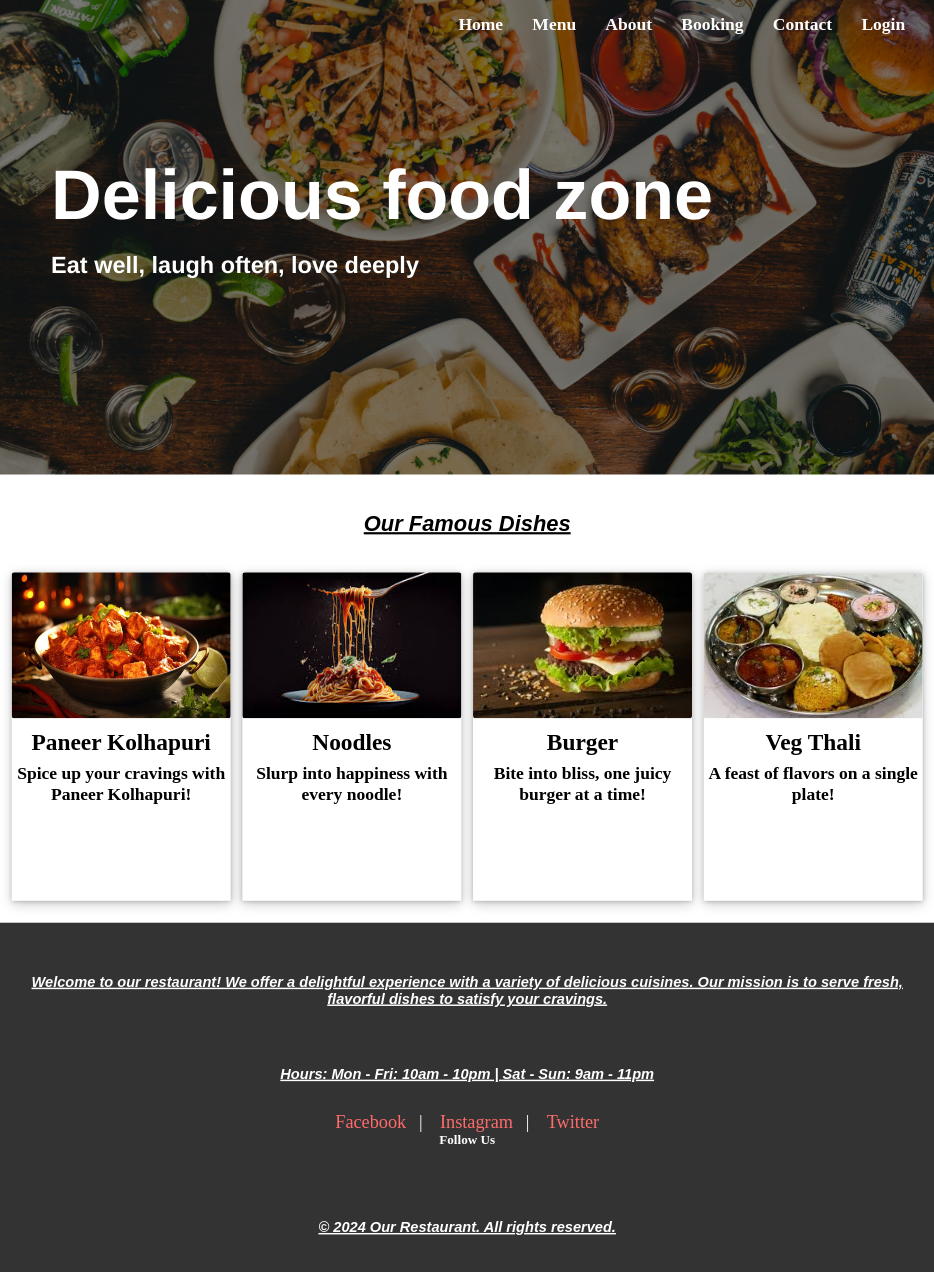
Repository: Shreya-Bonde/Restaurant-management-system
Page: index.html
An editor plug-in stored every save of this project. The page is shown before and after the next save, followed by the edit.
The browser window is 1280 px wide. The pictures show the whole page, at 73% of full size.

Above is the page before, as saved 2024-10-10 14:50:35.

### index.html
<!DOCTYPE html>
<html lang="en">
<head>
    <meta charset="UTF-8">
    <meta name="viewport" content="width=device-width, initial-scale=1.0">
    <title>Document</title>
    <link rel="stylesheet" href="style.css">
</head>
<body>
    <header>
        <div class="banner-container">
                <nav class="navbar">
                    <ul>
                        <li><a href="#home">Home</a></li>
                        <li><a href="#menu">Menu</a></li>
                        <li><a href="/about.html">About</a></li>
                        <li><a href="/booking.html">Booking</a></li>
                        <li><a href="/contact.html">Contact</a></li>
                        <li><a href="/login.html">Login</a></li>
                    </ul>
                </nav>
                <div class="centered-text">
                    <h1>Delicious food zone</h1>
                    <h6>Eat well, laugh often, love deeply</h6>
                </div>
         </div>
    </header>
        <p>Our Famous Dishes</p>
        <div class="Flex">
            <div class="flex-item fitem1">
                <img src="paneer kolhapuri.jpg" alt="">
                <h1>Paneer Kolhapuri</h1>
                <h2>Spice up your cravings with Paneer Kolhapuri!</h2>
            </div>
            <div class="flex-item fitem2">
                <img src="noodles1.jpg" alt="">
                <h1>Noodles</h1>
                <h2>Slurp into happiness with every noodle!</h2>
            </div>
            <div class="flex-item fitem3">
                <img src="burger.jpg" alt="">
                <h1>Burger</h1>
                <h2>Bite into bliss, one juicy burger at a time!</h2>
            </div>
            <div class="flex-item fitem4">
                <img src="veg thali.jpg" alt="">
                <h1>Veg Thali</h1>
                <h2>A feast of flavors on a single plate!</h2>
            </div>
        </div>

    <footer>
        <div>
            <div class="footer-section">
                <p>
                    Welcome to our restaurant! We offer a delightful experience with a variety of delicious cuisines.
                    Our mission is to serve fresh, flavorful dishes to satisfy your cravings.
                </p>
                <p>Hours: Mon - Fri: 10am - 10pm | Sat - Sun: 9am - 11pm</p>
            </div>


            <div class="social-media">
                <div class="sm-handle">
                    <a href="#" target="_blank" class="yt_handle"
                     rel="noopener noreferrer"> <i class="fa fa-youtube fa-lg yt_handle"></i>Facebook</a>&nbsp;&nbsp;|&nbsp;&nbsp;
                    <a href="#" target="_blank" class="linkedin_handle"
                    rel="noopener noreferrer"> <i class="fa fa-linkedin fa-lg linkedin_handle"></i>Instagram</a>&nbsp;&nbsp;|&nbsp;&nbsp;
                    <a href="#" target="_blank" class="insta_handle"
                    rel="noopener noreferrer"> <i class="fa fa-instagram fa-lg insta_handle"></i>Twitter</a>

                    <div class="footer-section social">
                        <h2>Follow Us</h2>
                        <div class="social-icons">
                          <a href="#"><i class="fab fa-facebook"></i></a>
                          <a href="#"><i class="fab fa-twitter"></i></a>
                          <a href="#"><i class="fab fa-instagram"></i></a>
                          <a href="#"><i class="fab fa-tripadvisor"></i></a>
                        </div>
                      </div>
                    <p class="footer-botton">&copy; 2024 Our Restaurant. All rights reserved.</p>


            </div>
        </div>
    </footer>
</body>
</html>

### style.css
* {
    box-sizing: border-box;
    margin: 0;
    padding: 0;
}
.banner-container {
    background-image: url(background1.jpg);
    background-repeat: no-repeat;
    background-size: cover;
    position: relative;
    width: 100%;
    height: 650px;
}
.navbar {
    position: absolute;
    top: 0;
    right: 0;
    padding: 20px;
}
.centered-text {
    position: absolute;
    top: 30%;
    left: 70px;
    color: white;
    line-height: 1.5;
    font-weight: bold;
    font-size: 3rem;
    font-family: 'Franklin Gothic Medium', 'Arial Narrow', Arial, sans-serif;
}
h6 {
    justify-content: center;
    margin-bottom: 20px;
}
nav ul {
    list-style-type: none;
    margin: 0;
    padding: 0;
    display: flex;
    justify-content: right;
    font-size: 1.5rem;
}
nav ul li {
    margin: 0 20px;
}
nav ul li a {
    color: white;
    text-decoration: none;
    font-weight: bold;
}
nav ul li a:hover {
    text-decoration: underline;
}
.Flex {
    width: 100%;
    display: flex;
    flex-wrap: wrap;
    box-sizing: gray;
    align-items: center;
    justify-content: space-evenly;
}
.flex-item {
    box-shadow: 0 2px 6px 0 rgba(0,0,0,0.2), 0 4px 16px 0 rgba(0,0,0,0.2);
    margin: 0;
    padding: 0;
}
.flex-item img {
 width: 100%;
 object-fit: fill;
}
.flex-item {
    margin-top: 20px;
    margin-bottom: 30px;
    display: inline-block;
    background-color: white;
    width: 300px;
    height: 450px;
    text-align: center;
}
.flex-item:hover {
    transform: scale(1.05);
}
img {
    width: 100%;
    height: 200px;
    object-fit: fill;
    border-radius: 4px;
}
p {
    text-align: center;
    font-size: 30px;
    font-weight: bold;
    font-style: oblique;
    font-family: Arial, Helvetica, sans-serif;
    padding: 50px 20px 30px;
    text-decoration: underline;
}
.flex-item h2 {
    line-height: 1.2;
}
.flex-item h1 {
    padding-top: 10px;
    padding-bottom: 10px;
}
footer {
    text-align: center;
    padding: 20px 0;
    background-color: #333;
    color: #fff;
    width: 100%;
    font-size: 25px;
}
.footer-content {
    padding: 10px 0;
}
.footer-content a:hover {
    text-decoration: underline;
}

.social-media {
    color: white;
    margin-top: 10px;
}
footer a {
    color: #ff6b6b;
    text-decoration: none;
    margin: 0 5px;
}
footer a:hover {
    text-decoration: underline;
}
footer p {
    font-size: 20px;
}
footer h2 {
    font-size: 18px;
    margin-bottom: 20px;
}

After the next save:
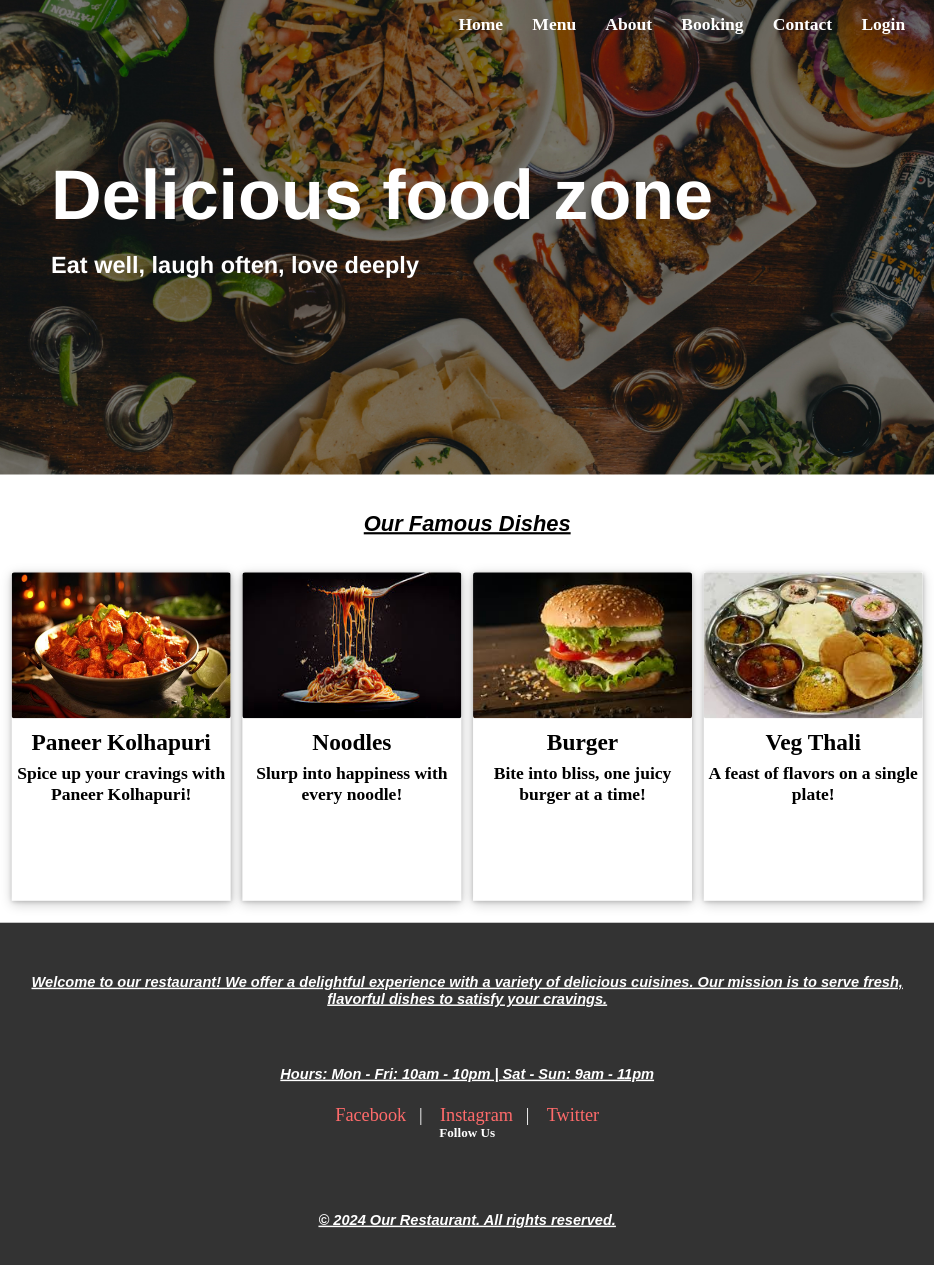
Saved 5 s later.
--- a/style.css
+++ b/style.css
@@ -115,7 +115,7 @@
 .footer-content a:hover {
     text-decoration: underline;
 }
-
+.footer
 .social-media {
     color: white;
     margin-top: 10px;

After the save that followed:
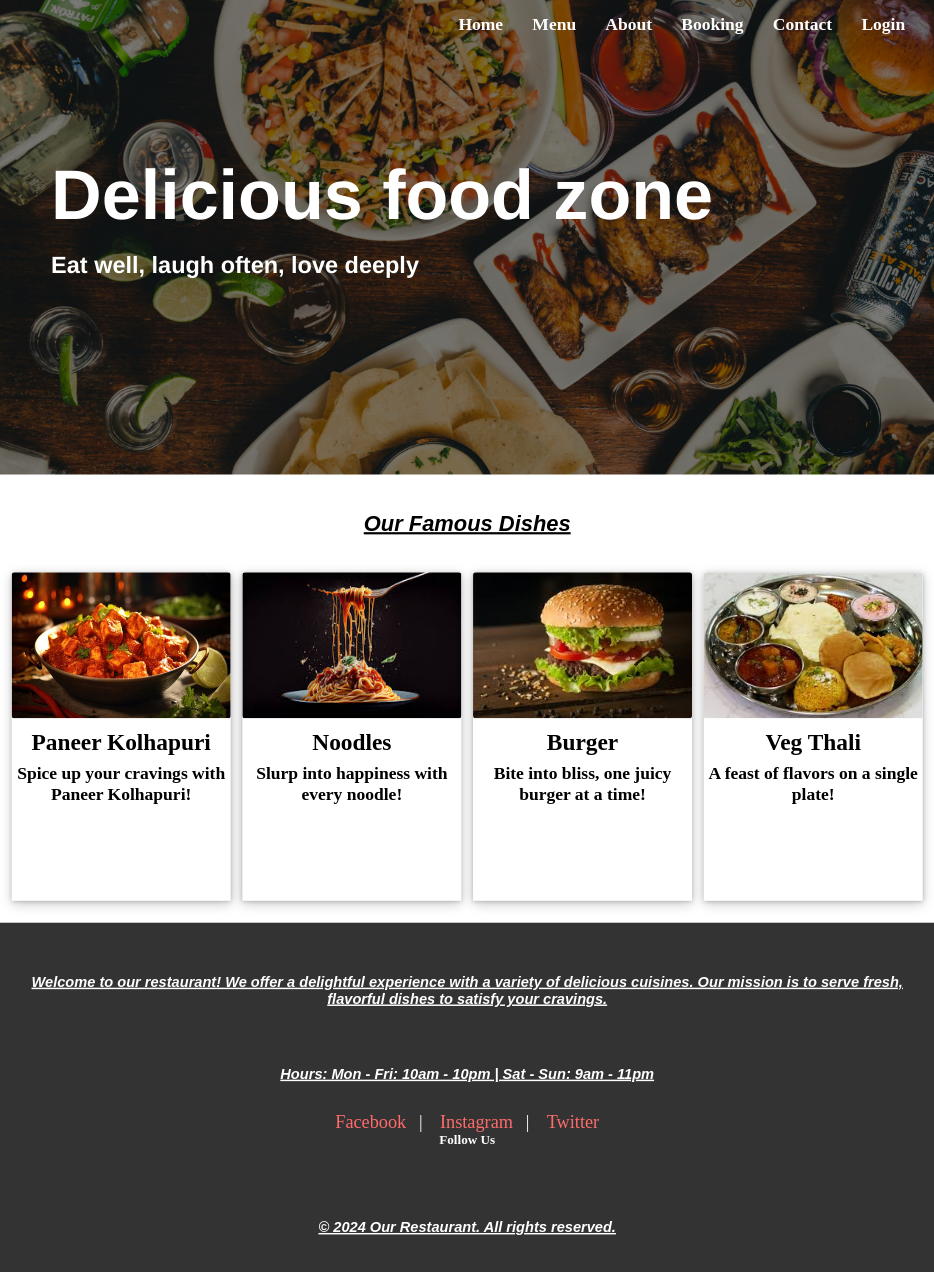
Saved 4 s later.
--- a/style.css
+++ b/style.css
@@ -115,7 +115,9 @@
 .footer-content a:hover {
     text-decoration: underline;
 }
-.footer
+.footer-section {
+
+}
 .social-media {
     color: white;
     margin-top: 10px;
